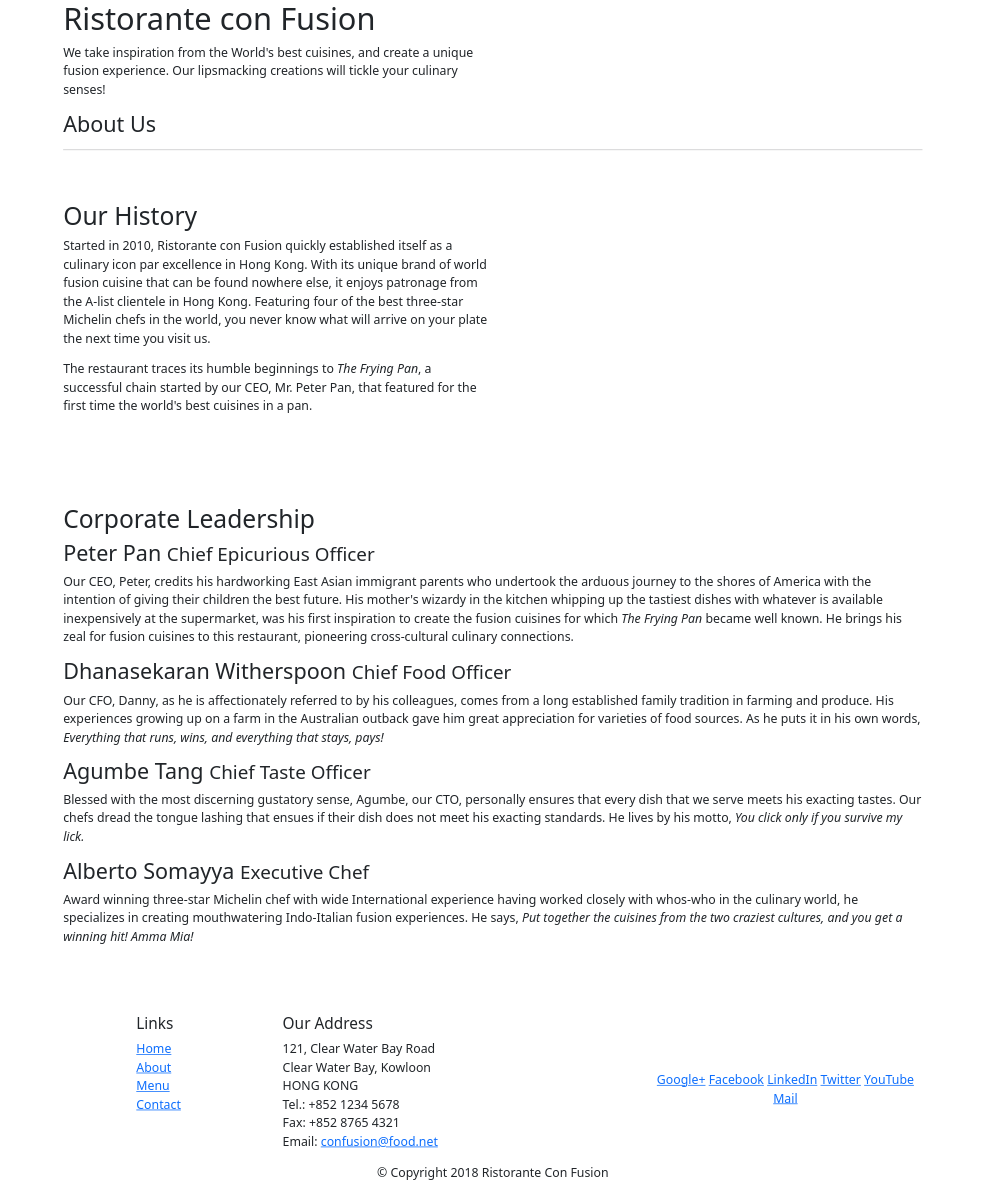
Repository: devjeremyjake/confusion
Page: aboutus.html
An editor plug-in stored every save of this project. The page is shown before and after the next save, followed by the edit.
The browser window is 1280 px wide. The pictures show the whole page, at 77% of full size.
Some web libraries are served in a nearby version.

Above is the page before, as saved 2020-01-30 15:31:07.

### aboutus.html
<!DOCTYPE html>
<html lang="en">

<head>
    <meta charset="UTF-8">
    <meta name="viewport" content="width=device-width, initial-scale=1.0">
    <meta http-equiv="X-UA-Compatible" content="ie=edge">
    <title>Ristorante Con Fusion: About Us</title>
    <link rel="stylesheet" href="css/style.css">
    <link rel="stylesheet" href="node_modules/bootstrap/dist/css/bootstrap.min.css">

</head>

<body>

    <header class="jumbotron">
        <div class="container">
            <div class="row row-header">
                <div class="col-12 col-sm-6">
                    <h1>Ristorante con Fusion</h1>
                    <p>We take inspiration from the World's best cuisines, and create a unique fusion experience. Our lipsmacking creations will tickle your culinary senses!</p>
                </div>
                <div class="col-12 col-sm">
                </div>
            </div>
        </div>
    </header>

    <div class="container">
        <div>
            <div>
               <h3>About Us</h3>
               <hr>
            </div>
        </div>

        <div class="row-content">
            <div class="col-lg-6">
                <h2>Our History</h2>
                <p>Started in 2010, Ristorante con Fusion quickly established itself as a culinary icon par excellence in Hong Kong. With its unique brand of world fusion cuisine that can be found nowhere else, it enjoys patronage from the A-list clientele in Hong Kong.  Featuring four of the best three-star Michelin chefs in the world, you never know what will arrive on your plate the next time you visit us.</p>
                <p>The restaurant traces its humble beginnings to <em>The Frying Pan</em>, a successful chain started by our CEO, Mr. Peter Pan, that featured for the first time the world's best cuisines in a pan.</p>
            </div>
            <div>
            </div>
        </div>


        <div class="row-content">
            <div class="col-md-12">
                <h2>Corporate Leadership</h2>
                <h3>Peter Pan <small>Chief Epicurious Officer</small></h3>
                <p class="d-none d-sm-block">Our CEO, Peter, credits his hardworking East Asian immigrant parents who undertook the arduous journey to the shores of America with the intention of giving their children the best future. His mother's wizardy in the kitchen whipping up the tastiest dishes with whatever is available inexpensively at the supermarket, was his first inspiration to create the fusion cuisines for which <em>The Frying Pan</em> became well known. He brings his zeal for fusion cuisines to this restaurant, pioneering cross-cultural culinary connections.</p>
                <h3>Dhanasekaran Witherspoon <small>Chief Food Officer</small></h3>
                <p class="d-none d-sm-block">Our CFO, Danny, as he is affectionately referred to by his colleagues, comes from a long established family tradition in farming and produce. His experiences growing up on a farm in the Australian outback gave him great appreciation for varieties of food sources. As he puts it in his own words, <em>Everything that runs, wins, and everything that stays, pays!</em></p>
                <h3>Agumbe Tang <small>Chief Taste Officer</small></h3>
                <p class="d-none d-sm-block">Blessed with the most discerning gustatory sense, Agumbe, our CTO, personally ensures that every dish that we serve meets his exacting tastes. Our chefs dread the tongue lashing that ensues if their dish does not meet his exacting standards. He lives by his motto, <em>You click only if you survive my lick.</em></p>
                <h3>Alberto Somayya <small>Executive Chef</small></h3>
                <p class="d-none d-sm-block">Award winning three-star Michelin chef with wide International experience having worked closely with whos-who in the culinary world, he specializes in creating mouthwatering Indo-Italian fusion experiences. He says, <em>Put together the cuisines from the two craziest cultures, and you get a winning hit! Amma Mia!</em></p class="d-none d-sm-block">
            </div>
       </div>

    </div>
    <br>
    <footer class="footer">
        <div class="container">
            <div class="row">
                <div class="col-4 offset-1 col-sm-2">
                    <h5>Links</h5>
                    <ul class="list-unstyled">
                        <li><a href="#">Home</a></li>
                        <li><a href="#">About</a></li>
                        <li><a href="#">Menu</a></li>
                        <li><a href="#">Contact</a></li>
                    </ul>
                </div>
                <div class="col-7 col-sm-5">
                    <h5>Our Address</h5>
                    <address>
		              121, Clear Water Bay Road<br>
		              Clear Water Bay, Kowloon<br>
		              HONG KONG<br>
		              Tel.: +852 1234 5678<br>
		              Fax: +852 8765 4321<br>
		              Email: <a href="mailto:confusion@food.net">confusion@food.net</a>
		           </address>
                </div>
                <div class="col-12 col-sm-4 align-self-center">
                    <div class="text-center">
                        <a href="http://google.com/+">Google+</a>
                        <a href="http://www.facebook.com/profile.php?id=">Facebook</a>
                        <a href="http://www.linkedin.com/in/">LinkedIn</a>
                        <a href="http://twitter.com/">Twitter</a>
                        <a href="http://youtube.com/">YouTube</a>
                        <a href="mailto:">Mail</a>
                    </div>
                </div>
           </div>
           <div class="row justify-content-center">
                <div class="col-auto">
                    <p>© Copyright 2018 Ristorante Con Fusion</p>
                </div>
           </div>
        </div>
    </footer>
    <script src="node_modules/jquery/dist/jquery.slim.min.js"></script>
    <script src="node_modules/popper.js/dist/umd/popper.min.js"></script>
    <script src="node_modules/bootstrap/dist/js/bootstrap.min.js"></script>
</body>

</html>

### css/style.css
.row-header {
    margin: px auto;
    padding: 0px;
}

.row-content {
    margin: 0px auto;
    padding: 50px 0px 50px 0px;
    border-bottom: 1px r;
}

After the next save:
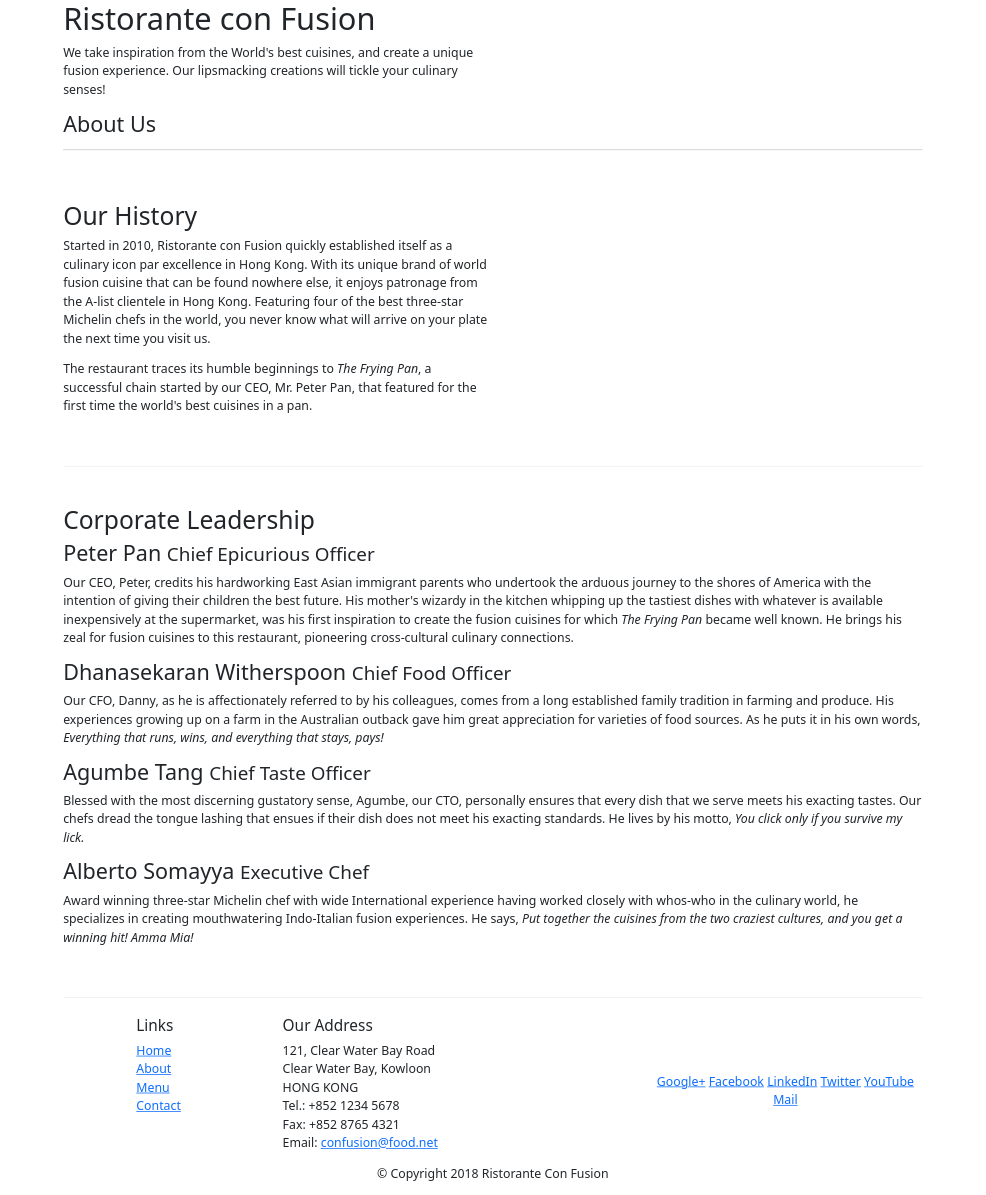
Saved 5 s later.
--- a/css/style.css
+++ b/css/style.css
@@ -6,5 +6,6 @@
 .row-content {
     margin: 0px auto;
     padding: 50px 0px 50px 0px;
-    border-bottom: 1px r;
+    border-bottom: 1px ridge;
+
 }
